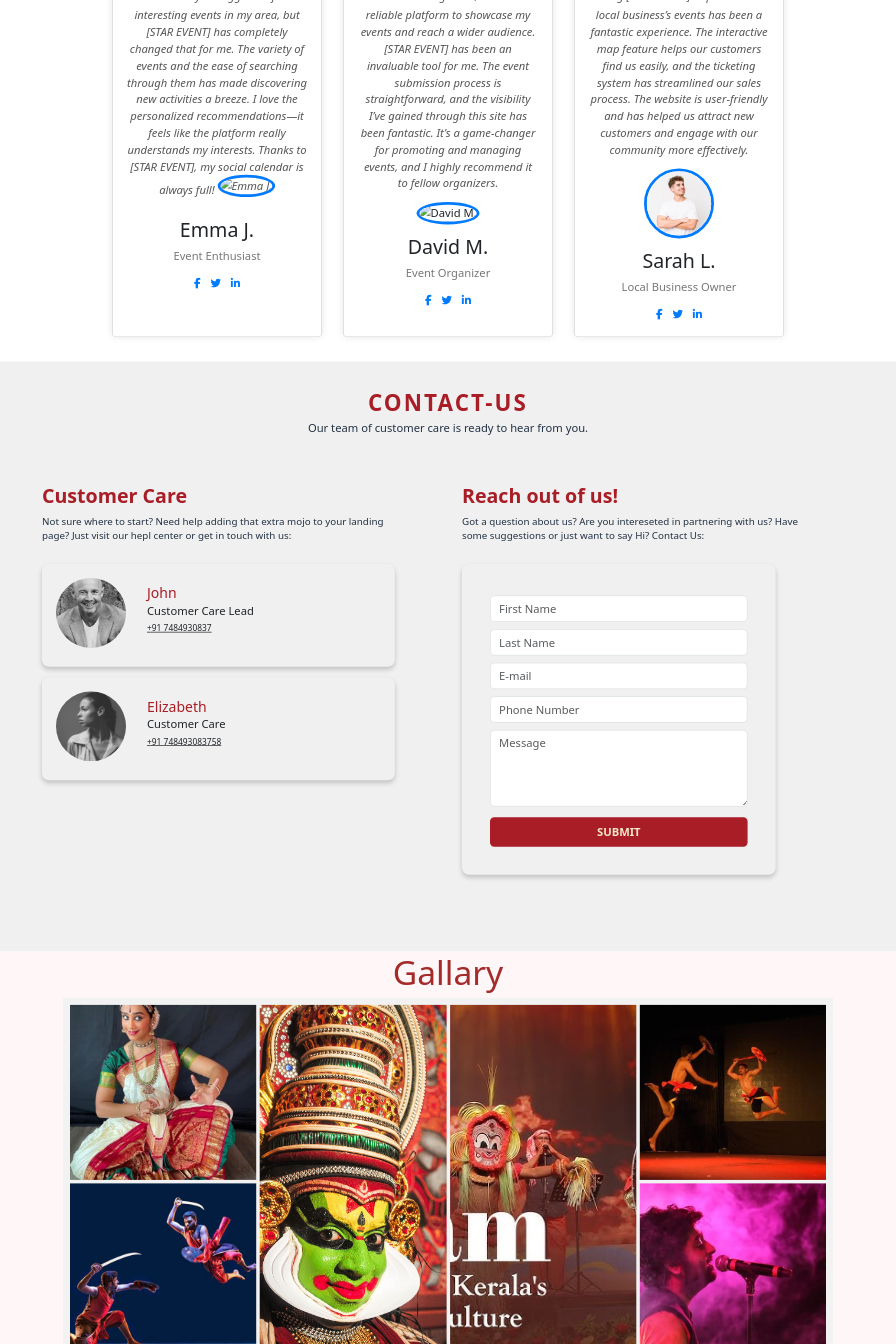
Repository: SharonSebastian32/Event-Management-System-
Page: index.html
These files come from the project's save history. The page is drawn as it stood at one moment and after a run of saves; the edit follows.
The browser window is 1280 px wide. The pictures show the part of the page from y = 4511 to 6431 px (the page is 8675 px tall before and 8699 px after), at 70% of full size.
A picture or video elsewhere on the page could not be fetched, so the positions and the page height are approximate. Some web libraries are served in a nearby version.

Above is the page before, as saved 2024-09-07 09:38:36.
Not found: asset/images/img4.jpg
Not found: asset/images/imgg2.jpg
Not found: assets/css/ContactUs.css

### index.html
<!DOCTYPE html>
<html lang="en">
  <head>
    <meta charset="UTF-8" />
    <meta name="viewport" content="width=device-width, initial-scale=1.0" />
    <link rel="icon" type="image/x-icon" href="./Assets/images/aa.png" />
    <title>Star Events</title>
    <link
      rel="stylesheet"
      href="https://cdnjs.cloudflare.com/ajax/libs/font-awesome/5.15.4/css/all.min.css"
    />
    <link rel="stylesheet" href="./Css/Styles.css" />

    <!-- conatct us  style -->
    <link rel="stylesheet" href="/assets/css/ContactUs.css" />
    <link
      href="https://cdn.jsdelivr.net/npm/bootstrap@5.3.0/dist/css/bootstrap.min.css"
      rel="stylesheet"
    />

    <!-- footer link  style   -->
    <link
      rel="stylesheet"
      href="https://cdnjs.cloudflare.com/ajax/libs/font-awesome/6.6.0/css/all.min.css"
      integrity="sha512-Kc323vGBEqzTmouAECnVceyQqyqdsSiqLQISBL29aUW4U/M7pSPA/gEUZQqv1cwx4OnYxTxve5UMg5GT6L4JJg=="
      crossorigin="anonymous"
      referrerpolicy="no-referrer"
    />
    <link href="https://cdn.jsdelivr.net/npm/bootstrap@5.3.0/dist/css/bootstrap.min.css" rel="stylesheet" />


    <!-- upcoming events  -->
      <link href="https://cdn.jsdelivr.net/npm/bootstrap@5.3.0-alpha1/dist/css/bootstrap.min.css" rel="stylesheet">

  </head>
  <body>
    <!-- hero section start -->
    <nav>
      <div class="nav-container">
        <div class="logo">
          <a href="#home">
            <img src="./Assets/images/aa.png" alt="Event Management Logo" />
          </a>
        </div>
        <ul class="nav-links">
          <li><a href="#home">HOME</a></li>
          <li><a href="#about">ABOUT US</a></li>
          <li><a href="#events">EVENTS</a></li>
          <li><a href="#services">SERVICES</a></li>
          <li><a href="#partners us">PARTNERS US</a></li>
          <li><a href="#Gallary">GALLERY</a></li>
          <li><a href="#contact-us">CONTACT US</a></li>
        </ul>
        <div class="sign-in">
          <a href="#login">SIGN IN</a>
        </div>
      </div>
    </nav>

    <!-- Section for Event Management Video -->
    <section class="video-section">
      <video autoplay muted loop>
        <source src="./Assets/videos/aa.mp4" type="video/mp4" />
        Your browser does not support the video tag.
      </video>
    </section>

    <!-- hero section end -->

    <!-- about us section  start-->
    <section id="about" class="about-us-section">
      <div class="about-container">
        <div class="about-text">
          <h2>ABOUT US</h2>
          <p>
            We are a leading event management company specializing in creating
            unforgettable experiences for our clients. With a team of passionate
            professionals, we bring ideas to life and turn your vision into
            reality.
          </p>
          <p>
            Whether it’s a corporate event, wedding, or private celebration, our
            attention to detail and personalized approach ensures that every
            event is a success.
          </p>
        </div>
        <div class="about-image">
          <img src="./Assets/images/about-us.jpg" alt="About Us" />
        </div>
      </div>
    </section>
    <!-- about us section  ends-->

    <!-- events section start -->
<center>
        <h1 style="font-size: 45px; color: #a91d26" data-aos="zoom-in">
          Events
        </h1>
        <form class="search-form" data-aos="flip-down">
          <input
            type="text"
            name="search"
            id="search"
            placeholder="Search events by name, category, price"
            data-aos="flip-down"
          />
          <button type="submit">Search</button>
        </form>
</center>
 <section id="events">
    <div class="event-wrapper">
        <div class="event-container" id="event-container">
            <!-- Event cards will be injected here by JavaScript -->
        </div>
        <div class="upcoming-events" id="upcoming-events">
          <center><h1>Upcoming Events</h1></center>

         </div>
    </div>

    <div id="event-model" class="model">
        <div class="model-content">
            <span class="close">&times;</span>
            <h2>Event Details</h2>
            <p id="event-description">Details will be displayed here.</p>
            <br />
            <a href="https://sharonsebastian32.github.io/razorpaypaymentgateway_implementation/" target="_blank">
                <button class="view-details-btn-1">Book Event </button>
            </a>
        </div>
    </div>
</section>


    <!-- events section end -->

    <!-- partner with us  start-->
    <div class="container-fluid our_partner" style="background-color: rgb(241, 241, 241);">
      <center>
        <h2 style="color: #a91d26; font-family: cursive;">OUR-PARTNERS</h2>
        <h6>Brands That Trust Us</h6>
       </center>
            <div class="row partners">
                <div class="partner_section">

                    <div class="col-md-3 card_section">
                        <div class="partner_card">
                            <img src="./Assets/images/partner1.jpg" alt="OurPartner" />
                        </div>
                    </div>
                    <div class="col-md-3 card_section">
                        <div class="partner_card">
                            <img src="./Assets/images/partner2.jpg" alt="OurPartner" />
                        </div>
                    </div>
                    <div class="col-md-3 card_section">
                        <div class="partner_card">
                            <img src="./Assets/images/partner3.jpg" alt="OurPartner" />
                        </div>
                    </div>
                    <div class="col-md-3 card_section">
                        <div class="partner_card">
                            <img src="./Assets/images/partner4.jpg" alt="OurPartner" />
                        </div>
                    </div>

                </div>
            </div>
        </div>
        </div>


    <!-- partner with us  start-->



  <!-- customer review start -->


    <div class="Testimonials-card">
      <h2>Customer Reviews</h2>
      <h3>What Our customers are Saying...</h3>
    </div>
    <div class="Testimonial-container">
      <div class="card">
        <div class="content">
          <p class="quote">
            <span class="quote-symbol">“</span>
            I've always struggled to find interesting events in my area, but
            [STAR EVENT] has completely changed that for
            me. The variety of events and the ease of searching through them has
            made discovering new activities a breeze. I love the personalized
            recommendations—it feels like the platform really understands my
            interests. Thanks to [STAR EVENT], my social
            calendar is always full!
          <img src="asset/images/img4.jpg" class="profile" alt="Emma J." />
          <h3>Emma J.</h3>
          <p class="role">Event Enthusiast</p>
          <div class="social-icons">
            <a href="https://www.facebook.com" target="_blank" aria-label="Facebook"><i class="fab fa-facebook-f"></i></a>
            <a href="https://twitter.com" target="_blank" aria-label="Twitter"><i class="fab fa-twitter"></i></a>
            <a href="https://www.linkedin.com" target="_blank" aria-label="LinkedIn"><i class="fab fa-linkedin-in"></i></a>
          </div>
        </div>
      </div>
      <div class="card">
        <div class="content">
          <p class="quote">
            <span class="quote-symbol">“</span>As an event organizer, I needed a reliable platform to showcase my
            events and reach a wider audience. [STAR EVENT]
            has been an invaluable tool for me. The event submission process is
            straightforward, and the visibility I’ve gained through this site
            has been fantastic. It’s a game-changer for promoting and managing
            events, and I highly recommend it to fellow organizers.
          </p>
          <img src="asset/images/imgg2.jpg" class="profile" alt="David M." />
          <h3>David M.</h3>
          <p class="role">Event Organizer</p>
          <div class="social-icons">
            <a href="https://www.facebook.com" target="_blank" aria-label="Facebook"><i class="fab fa-facebook-f"></i></a>
            <a href="https://twitter.com" target="_blank" aria-label="Twitter"><i class="fab fa-twitter"></i></a>
            <a href="https://www.linkedin.com" target="_blank" aria-label="LinkedIn"><i class="fab fa-linkedin-in"></i></a>
          </div>
        </div>
      </div>
      <div class="card">
        <div class="content">
          <p class="quote">
            <span class="quote-symbol">“</span>Using [STAR EVENT] to promote our local
            business’s events has been a fantastic experience. The interactive
            map feature helps our customers find us easily, and the ticketing
            system has streamlined our sales process. The website is
            user-friendly and has helped us attract new customers and engage
            with our community more effectively.
          </p>
          <img src="asset/images/img3.jpg" class="profile" alt="Sarah L." />
          <h3>Sarah L.</h3>
          <p class="role">Local Business Owner</p>
          <div class="social-icons">
            <a href="https://www.facebook.com" target="_blank" aria-label="Facebook"><i class="fab fa-facebook-f"></i></a>
            <a href="https://twitter.com" target="_blank" aria-label="Twitter"><i class="fab fa-twitter"></i></a>
            <a href="https://www.linkedin.com" target="_blank" aria-label="LinkedIn"><i class="fab fa-linkedin-in"></i></a>
          </div>
        </div>
      </div>
    </div>



     <!-- customer review start  -->





    <!-- conatct us section -->
    <div class="container-fluid contact_us" id="contact-us" style="background-color: rgb(240, 240, 240);" >
      <h2>CONTACT-US</h2>
      <h6>Our team of customer care is ready to hear from you.</h6>

      <div class="row main_section">
        <div class="col-md-6 section1">
          <h3>Customer Care</h3>
          <p>
            Not sure where to start? Need help adding that extra mojo to your
            landing page? Just visit our
            <span>hepl center</span> or get in touch with us:
          </p>
          <div class="customer_care">
            <div class="customer_care_profile">
              <div class="profile_img">
                <img src="./Assets/images/men.jpg" alt="customer_care" />
              </div>
              <div class="profile_details">
                <h5>John</h5>
                <h6>Customer Care Lead</h6>
                <p>+91 7484930837</p>
              </div>
            </div>
            <div class="customer_care_profile">
              <div class="profile_img">
                <img src="./Assets/images/women.jpg" alt="customer_care" />
              </div>
              <div class="profile_details">
                <h5>Elizabeth</h5>
                <h6>Customer Care</h6>
                <p>+91 748493083758</p>
              </div>
            </div>
          </div>
        </div>
        <div class="col-md-6 section2">
          <h3>Reach out of us!</h3>
          <p>
            Got a question about us? Are you intereseted in partnering with us?
            Have some suggestions or just want to say Hi? Contact Us:
          </p>
          <form action="">
            <input
              class="form-control"
              type="text"
              name="first_name"
              placeholder="First Name"
              required
            />
            <input
              class="form-control"
              type="text"
              name="last_name"
              placeholder="Last Name"
              required
            />
            <input
              class="form-control"
              type="email"
              name="email"
              placeholder="E-mail"
              required
            />
            <input
              class="form-control"
              type="tel"
              name="phone"
              placeholder="Phone Number"
              required
            />
            <textarea
              class="form-control"
              name="message"
              id=""
              rows="4"
              placeholder="Message"
            ></textarea>
            <button class="btn">SUBMIT</button>
          </form>
        </div>
      </div>
    </div>
    <!-- contact us section -->



<!-- Gallary section starts -->
   <section id="Gallary" style="background-color: rgb(255, 247, 247);">
      <h1 style="text-align: center; font-size: 48px; color: brown">Gallary</h1>
      <div class="gallery">
        <div>
          <img src="./Assets/images/pic1.jpg" alt="" />
        </div>
        <div class="v-stretch">
          <img src="./Assets/images/pic2.jpg" alt="" />
        </div>
        <div class="v-stretch">
          <img src="./Assets/images/pic3.jpg" alt="" />
        </div>
        <div class="">
          <img src="./Assets/images/pic4.jpg" alt="" />
        </div>
        <div class="">
          <img  src="./Assets/images/pic5.jpg" alt="" />
        </div>
        <div class="v-stretch">
          <img src="./Assets/images/pic6.jpg" alt="" />
        </div>
        <div class="big-stretch">
          <img src="./Assets/images/pic7.jpg" alt="" />
        </div>
        <div class="">
          <img src="./Assets/images/pic8.jpg" alt="" />
        </div>
        <div class="h-stretch">
          <img src="./Assets/images/pic9.jpg" alt="" />
        </div>
        <div class="">
          <img src="./Assets/images/pic10.jpg" alt="" />
        </div>
        <div class="">
          <img src="./Assets/images/pic11.jpg" alt="" />
        </div>
        <div class="">
          <img src="./Assets/images/pic12.jpg" alt="" />
        </div>
        <div class="v-stretch">
          <img src="./Assets/images/pic13.jpg" alt="" />
        </div>

        <div class="big-stretch">
          <img src="./Assets/images/pic14.jpg" alt="" />
        </div>
        <div class="">
          <img src="./Assets/images/pic15.jpg" alt="" />
        </div>
        <div class="h-stretch">
          <img src="./Assets/images/pic16.jpg"alt="" />
        </div>
        <div class="">
          <img src="./Assets/images/pic17.jpg" alt="" />
        </div>
        <div class="big-stretch">
          <img src="./Assets/images/pic18.jpg" alt="" />
        </div>
        <div class="">
          <img src="./Assets/images/pic19.jpg" alt="" />
        </div>
        <div class="">
          <img src="./Assets/images/pic20.jpg" alt="" />
        </div>
        <div class="">
          <img src="https://www.culturalindia.net/iliimages/Mohiniattam-1.jpg" alt="" />
        </div>
      </div>
    </section>

<!-- Gallary Section Ends -->
    <!-- footer section start -->
    <footer>
      <div class="container">
        <div class="row">
          <div class="col-md-3 footer-col">
            <h4>Star Events</h4>
            <p>
              Star Events is the number one event conducting company in Kerala.
              We are conducting many types of events all over the state since 15
              years and created 5000 above satisfied customers. Celebrate your
              moments with star events.
            </p>
          </div>

          <div class="col-md-3 footer-col">
            <h4>Links</h4>
            <ul>
              <li><a href="">Home</a></li>
              <li><a href="">About Us</a></li>
              <li><a href="">Events</a></li>
              <li><a href="">Services</a></li>
              <li><a href="">Partner Us</a></li>
              <li><a href="">Gallery</a></li>
              <li><a href="">Contact Us</a></li>
            </ul>
          </div>

          <div class="col-md-3 footer-col">
            <h4>Our Services</h4>
            <ul>
              <li>Event Booking</li>
              <li>Anchoring</li>
              <li>Catering</li>
              <li>Advertising</li>
              <li>Marketing</li>
            </ul>
          </div>

          <div class="col-md-3 footer-col">
            <h4>Your Feedback</h4>
            <form action="">
              <input
                type="text"
                placeholder="Enter your name"
                class="inputname"
              />
              <input
                type="email"
                placeholder="Enter your email id"
                class="inputemail"
              />
              <input
                type="text"
                placeholder="Write your feedback or suggestions"
                class="inputfs"
              />
              <input type="submit" value="SUBMIT" class="inputSubmit" />
            </form>
          </div>
        </div>
        <hr />
        <div class="row">
          <div class="col-md-6">
            <p>&#169; 2024 <b>Star Events</b>. All Rights Reserved</p>
          </div>

          <div class="col-md-6 text-md-end socialIcons">
            <a href=""><i class="fab fa-facebook"></i></a>
            <a href=""><i class="fab fa-instagram"></i></a>
            <a href=""><i class="fab fa-twitter"></i></a>
            <a href=""><i class="fab fa-youtube"></i></a>
            <a href=""><i class="fab fa-whatsapp"></i></a>
          </div>
        </div>
      </div>
    </footer>


<!-- upcomiong section  -->
  <script src="https://cdn.jsdelivr.net/npm/bootstrap@5.3.0-alpha1/dist/js/bootstrap.bundle.min.js"></script>
    <!-- footer setcion section end -->

    <script src="./Js/Scripts.js"></script>


    <!-- our partners -->
      <script src="https://cdn.jsdelivr.net/npm/bootstrap@5.3.0/dist/js/bootstrap.bundle.min.js"></script>
    <script src="https://cdn.jsdelivr.net/npm/bootstrap@5.3.0/dist/js/bootstrap.bundle.min.js"></script>
  </body>
</html>

Loaded but not shown: json/events.json (837 lines, source omitted); Js/Scripts.js (59 lines, source omitted); Css/Styles.css (919 lines, source omitted)

After the next 4 saves:
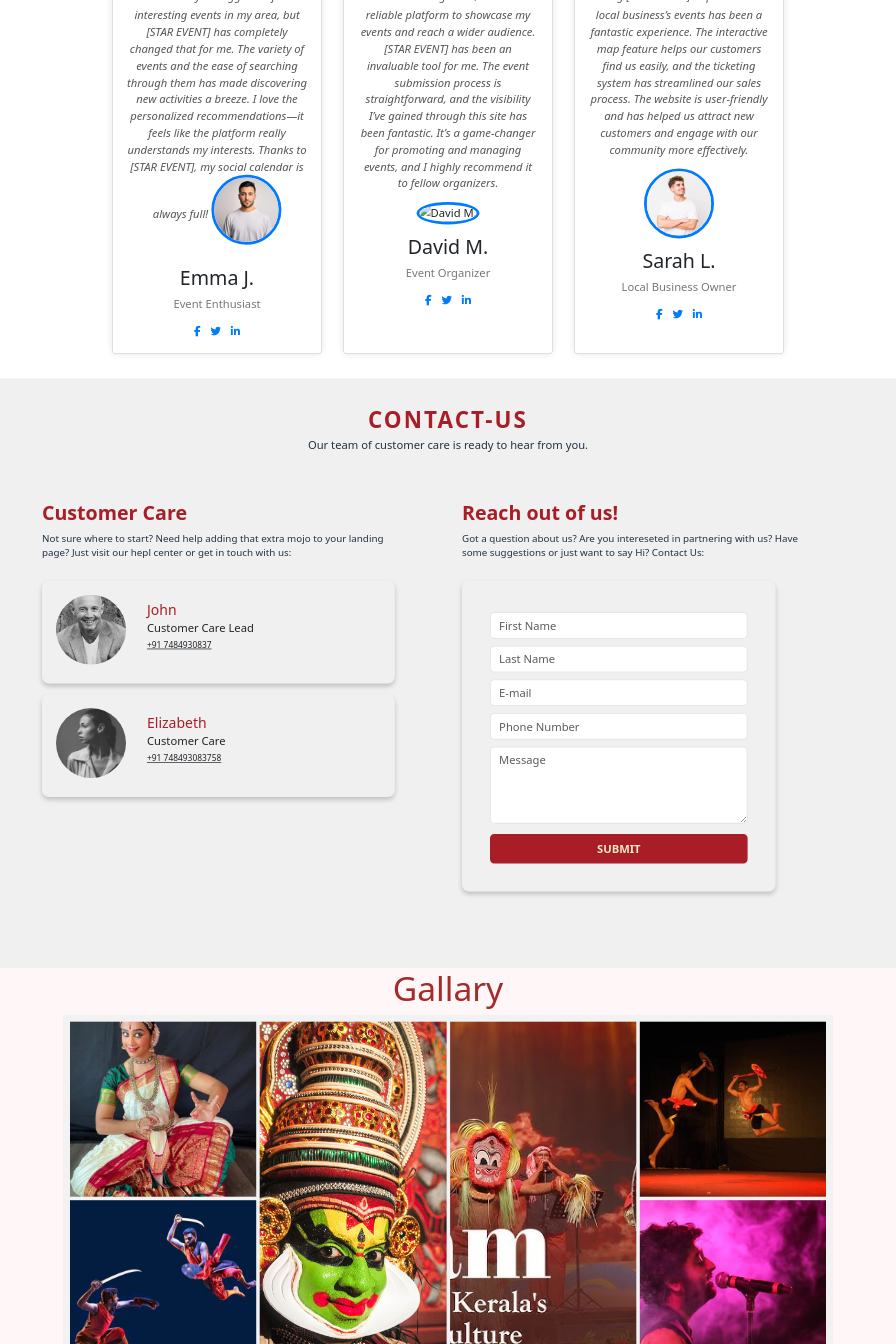
The 4 saves are shown as one change because they came seconds apart.
The last was saved 40 s later.
--- a/index.html
+++ b/index.html
@@ -193,7 +193,7 @@
             recommendations—it feels like the platform really understands my
             interests. Thanks to [STAR EVENT], my social
             calendar is always full!
-          <img src="asset/images/img4.jpg" class="profile" alt="Emma J." />
+          <img src="./Assets/images/imgg2.jpg" class="profile" alt="Emma J." />
           <h3>Emma J.</h3>
           <p class="role">Event Enthusiast</p>
           <div class="social-icons">
